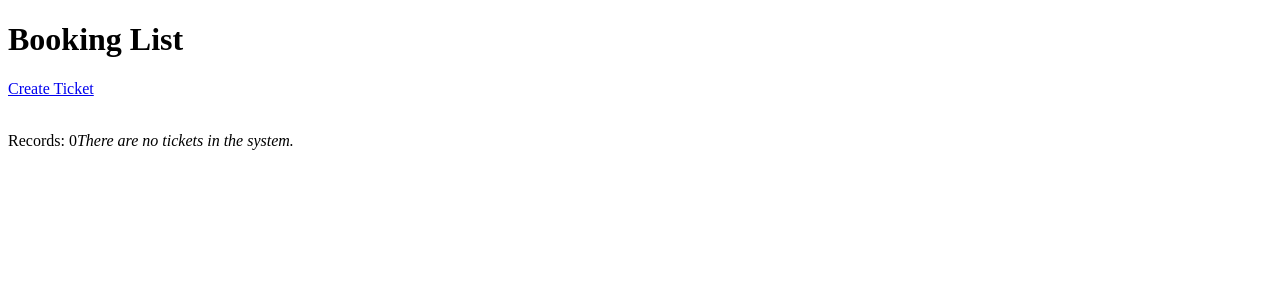
Repository: lucidcoding/CampervibeJava
Page: http://localhost/Campervibe/booking
These files come from the project's save history. The page is drawn as it stood at one moment and after the next save; the edit follows.
The browser window is 1280 px wide. The pictures show the whole page.
The page is served by Tomcat 9. Other server files are loaded and not shown.

Above is the page before, as saved 2016-01-10 19:18:16.

### Campervibe/WebContent/WEB-INF/jsp/view/listBookings.jsp
<%@ page session="false" %>
<%@ page import="java.util.Map, java.util.UUID" %>
<%@ page import="uk.co.luciditysoftware.campervibe.domain.entities.Booking" %>
<%@ taglib prefix="c" uri="http://java.sun.com/jsp/jstl/core" %>

<%
    @SuppressWarnings("unchecked")
    Map<UUID, Booking> bookingDatabase =
            (Map<UUID, Booking>)request.getAttribute("bookingDatabase");
%>
<!DOCTYPE html>
<html>
<head>
<meta http-equiv="Content-Type" content="text/html; charset=ISO-8859-1">
<title>Insert title here</title>
</head>
<body>
	<h1>${"Booking List"}</h1>

	<a href="<c:url value="booking">
            <c:param name="action" value="make" />
        </c:url>">Create Ticket</a>
        <br /><br />
        <p>Records: ${bookingDatabase.size() }
        <%
            if(bookingDatabase.size() == 0)
            {
                %><i>There are no tickets in the system.</i><%
            }
            else
            {
                for(UUID id : bookingDatabase.keySet())
                {
                    String idString = id.toString();
                    Booking booking = bookingDatabase.get(id);
                    %>Ticket ${idString}: (#<%= idString %>)<a href="<c:url value="/tickets">
                        <c:param name="action" value="view" />
                        <c:param name="bookingId" value="<%= idString %>" />
                    </c:url>">${booking.getBookingNumber()}(<%= booking.getBookingNumber() %>)
                    </a><br /><%
                }
            }
        %>
        <ul>
		    <c:forEach items="${bookingDatabase}" var="booking">
		    	<li>
	    			Key = ${booking.key}, value = ${booking.value.getBookingNumber()}
	    		</li>
			</c:forEach>
		</ul>
</body>
</html>

### Campervibe/src/uk/co/luciditysoftware/campervibe/ui/BookingServlet.java
package uk.co.luciditysoftware.campervibe.ui;

import java.io.IOException;
import java.math.BigDecimal;
import java.util.LinkedHashMap;
import java.util.Map;
import java.util.UUID;
import java.text.DateFormat;
import java.text.SimpleDateFormat;
import javax.servlet.ServletException;
import javax.servlet.http.HttpServlet;
import javax.servlet.http.HttpServletRequest;
import javax.servlet.http.HttpServletResponse;
import uk.co.luciditysoftware.campervibe.domain.entities.Booking;
import uk.co.luciditysoftware.campervibe.domain.entities.Depot;
import uk.co.luciditysoftware.campervibe.domain.entities.Vehicle;
import uk.co.luciditysoftware.campervibe.domain.requests.booking.MakeRequest;
import javax.servlet.annotation.WebServlet;
import javax.servlet.annotation.MultipartConfig;

@WebServlet(name = "bookingServlet", urlPatterns = { "/booking" }, loadOnStartup = 1)
@MultipartConfig(fileSizeThreshold = 5_242_880, // 5MB
maxFileSize = 20_971_520L, // 20MB
maxRequestSize = 41_943_040L // 40MB
)
public class BookingServlet extends HttpServlet {
	private static final long serialVersionUID = 1L;
    private Map<UUID, Booking> bookingDatabase = new LinkedHashMap<>();
    private Map<UUID, Vehicle> vehicleDatabase = new LinkedHashMap<>();

	/**
	 * @see HttpServlet#HttpServlet()
	 */
	public BookingServlet() {
		super();

		Depot depot = new Depot();
		depot.setId(UUID.randomUUID());
		depot.setName("Manchester");
		depot.setCode("MAN01");

		Vehicle vehicle1 = new Vehicle(){{
			setId(UUID.randomUUID());
			setName("Archie");
			setMake("Volkswagen");
			setModel("T1");
			setHomeDepot(depot);
			setPricePerDay(new BigDecimal(10.0));
		}};

		Vehicle vehicle2 = new Vehicle(){{
			setId(UUID.randomUUID());
			setName("Barry");
			setMake("Volkswagen");
			setModel("T2");
			setHomeDepot(depot);
			setPricePerDay(new BigDecimal(10.0));
		}};

		vehicleDatabase.put(vehicle1.getId(), vehicle1);
		vehicleDatabase.put(vehicle2.getId(), vehicle2);
	}

	/**
	 * @see HttpServlet#doGet(HttpServletRequest request, HttpServletResponse
	 *      response)
	 */
	protected void doGet(HttpServletRequest request, HttpServletResponse response)
			throws ServletException, IOException {

		String action = request.getParameter("action");

		if (action == null)
			action = "list";

		switch (action) {
		case "make":
			this.showMakeBookingForm(request, response);
			break;
		case "view":
			// this.viewTicket(request, response);
			break;
		case "download":
			// this.downloadAttachment(request, response);
			break;
		case "list":
		default:
			this.listBookings(request, response);
			break;
		}
	}

	/**
	 * @see HttpServlet#doPost(HttpServletRequest request, HttpServletResponse
	 *      response)
	 */
	protected void doPost(HttpServletRequest request, HttpServletResponse response)
			throws ServletException, IOException {
		String action = request.getParameter("action");

        if(action == null)
            action = "list";

        switch(action)
        {
            case "make":
                this.makeBooking(request, response);
                break;
            case "list":
            default:
                response.sendRedirect("tickets");
                break;
        }
	}

	private void listBookings(HttpServletRequest request, HttpServletResponse response)
			throws ServletException, IOException {
        request.setAttribute("bookingDatabase", this.bookingDatabase);
		request.getRequestDispatcher("/WEB-INF/jsp/view/listBookings.jsp").forward(request, response);
	}

	private void showMakeBookingForm(HttpServletRequest request, HttpServletResponse response)
			throws ServletException, IOException {
        request.setAttribute("vehicleDatabase", this.vehicleDatabase);
		request.getRequestDispatcher("/WEB-INF/jsp/view/makeBookingForm.jsp").forward(request, response);
	}

	private void makeBooking(HttpServletRequest request, HttpServletResponse response)
			throws ServletException, IOException {
		DateFormat formatter = new SimpleDateFormat("dd/MM/yyyy");

		MakeRequest makeRequest = new MakeRequest();

		try
		{
			makeRequest.setStartDate(formatter.parse(request.getParameter("startDate")));
		}
		catch(Exception ex){

		}

		try
		{
			makeRequest.setEndDate(formatter.parse(request.getParameter("endDate")));
		}
		catch(Exception ex){

		}

		UUID vehicleId = UUID.fromString(request.getParameter("vehicleId"));
		makeRequest.setVehicle(this.vehicleDatabase.get(vehicleId));

		Booking booking = Booking.make(makeRequest);
		this.bookingDatabase.put(booking.getId(), booking);
        request.setAttribute("bookingDatabase", this.bookingDatabase);
		request.getRequestDispatcher("/WEB-INF/jsp/view/listBookings.jsp").forward(request, response);
	}
}

After the next save:
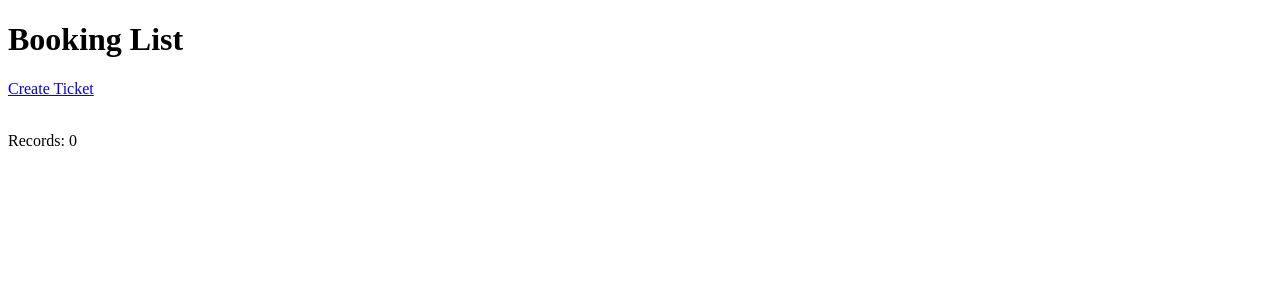
Saved 2 min 37 s later.
--- a/Campervibe/WebContent/WEB-INF/jsp/view/listBookings.jsp
+++ b/Campervibe/WebContent/WEB-INF/jsp/view/listBookings.jsp
@@ -22,7 +22,7 @@
         </c:url>">Create Ticket</a>
         <br /><br />
         <p>Records: ${bookingDatabase.size() }
-        <%
+        <!-- <%
             if(bookingDatabase.size() == 0)
             {
                 %><i>There are no tickets in the system.</i><%
@@ -40,7 +40,7 @@
                     </a><br /><%
                 }
             }
-        %>
+        %> -->
         <ul>
 		    <c:forEach items="${bookingDatabase}" var="booking">
 		    	<li>
